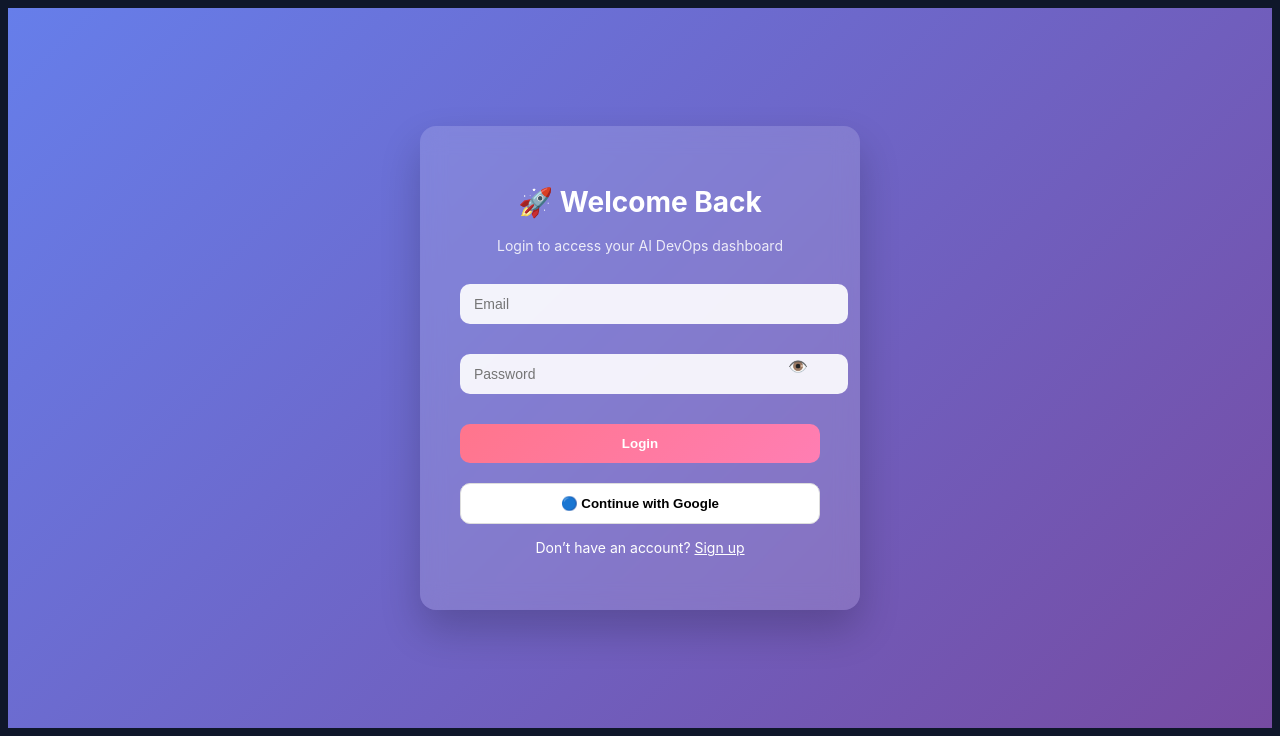
Repository: kundanchouhan12/DevX-Ai-Powered-Devops-Assistant-GenAi-LLM
Page: / (app in frontend/)
The author's editor kept a copy of each file at every save. The page is drawn from the files as they stood at one save, then again after the next save.
The browser window is 1280 px wide. The pictures show the whole page.
The page's requests for data from a server got no answer. The project was rebuilt for these pictures with package versions that can differ from the ones it lists, and the page was loaded fresh each time. No one was signed in, and anything a server would have sent is missing. Also part of the build but not shown: frontend/vite.config.js, frontend/src/pages/Home.jsx, frontend/src/pages/Dashboard.jsx, frontend/src/pages/Signup.jsx.

Above is the page before, as saved 2026-01-31 14:28:55.

### frontend/index.html
<!doctype html>
<html lang="en">
  <head>
    <meta charset="UTF-8" />
    <link rel="icon" type="image/svg+xml" href="/vite.svg" />
    <meta name="viewport" content="width=device-width, initial-scale=1.0" />
    <title>frontend-ai-devops-assistan</title>
  </head>
  <body>
    <div id="root"></div>
    <script type="module" src="/src/main.jsx"></script>
  </body>
</html>

### frontend/src/main.jsx
import { StrictMode } from "react";
import { createRoot } from "react-dom/client";
import { GoogleOAuthProvider } from "@react-oauth/google";
import "./index.css";
import App from "./App.jsx";

createRoot(document.getElementById("root")).render(
  <StrictMode>
    <GoogleOAuthProvider clientId="200054185384-tsv4osviaarpphfimoht1bc92qsh9ki8.apps.googleusercontent.com">
      <App />
    </GoogleOAuthProvider>
  </StrictMode>,
);

### frontend/src/index.css
body {
  font-family: system-ui, sans-serif;
  background: #0f172a;
  color: white;
}

.container {
  max-width: 900px;
  margin: auto;
  padding: 40px;
}

.card {
  background: #020617;
  padding: 20px;
  border-radius: 12px;
  margin-top: 20px;
}

input {
  width: 100%;
  padding: 12px;
  margin-top: 10px;
  border-radius: 8px;
  border: none;
}

button {
  margin-top: 10px;
  padding: 12px 20px;
  border-radius: 8px;
  border: none;
  background: #4f46e5;
  color: white;
  cursor: pointer;
}

.status {
  margin-top: 15px;
  font-size: 18px;
}

### frontend/src/App.jsx
import { BrowserRouter, Routes, Route } from "react-router-dom";
import Home from "./pages/Home";
import Dashboard from "./pages/Dashboard";
import Login from "./pages/Login";
import Signup from "./pages/Signup";
import PrivateRoute from "./components/PrivateRoute";

export default function App() {
  return (
    <BrowserRouter>
      <Routes>
        {/* Public routes */}
        <Route path="/login" element={<Login />} />
        <Route path="/signup" element={<Signup />} />

        {/* Protected routes */}
        <Route
          path="/"
          element={
            <PrivateRoute>
              <Home />
            </PrivateRoute>
          }
        />

        <Route
          path="/dashboard"
          element={
            <PrivateRoute>
              <Dashboard />
            </PrivateRoute>
          }
        />
        <Route
          path="/dashboard/:jobId"
          element={
            <PrivateRoute>
              <Dashboard />
            </PrivateRoute>
          }
        />
      </Routes>
    </BrowserRouter>
  );
}

### frontend/src/pages/Login.jsx
import { useState } from "react";
import { useNavigate } from "react-router-dom";
import { login, googleLogin } from "../services/api";
import { GoogleLogin } from "@react-oauth/google";


export default function Login() {
  const [email, setEmail] = useState("");
  const [password, setPassword] = useState("");
  const [showPassword, setShowPassword] = useState(false);
  const [error, setError] = useState("");
  const navigate = useNavigate();

  const handleLogin = async () => {
    setError("");

    if (!email) return setError("Email is required");
    if (!/\S+@\S+\.\S+/.test(email)) return setError("Invalid email");
    if (!password) return setError("Password is required");

    try {
      const res = await login(email, password);
      localStorage.setItem("token", res.data.token);
      navigate("/");
    } catch (err) {
      setError(err.response?.data?.error || "Login failed");
    }
  };

  return (
    <div style={pageStyle}>
      <div style={cardStyle}>
        <h1 style={titleStyle}>🚀 Welcome Back</h1>
        <p style={subtitleStyle}>Login to access your AI DevOps dashboard</p>

        {error && <p style={errorStyle}>{error}</p>}

        <input
          type="email"
          placeholder="Email"
          value={email}
          onChange={(e) => setEmail(e.target.value)}
          style={inputStyle}
        />

        <div style={passwordWrapper}>
          <input
            type={showPassword ? "text" : "password"}
            placeholder="Password"
            value={password}
            onChange={(e) => setPassword(e.target.value)}
            style={{ ...inputStyle, marginBottom: 0 }}
          />
          <span
            style={eyeStyle}
            onClick={() => setShowPassword(!showPassword)}
          >
            {showPassword ? "🙈" : "👁️"}
          </span>
        </div>

        <button style={buttonStyle} onClick={handleLogin}>
          Login
        </button>

        <button style={googleButton}>
          🔵 Continue with Google
        </button>

        <p style={footerText}>
          Don’t have an account?{" "}
          <span style={linkStyle} onClick={() => navigate("/signup")}>
            Sign up
          </span>
        </p>
      </div>
    </div>
  );
}
const pageStyle = {
  height: "100vh",
  display: "flex",
  justifyContent: "center",
  alignItems: "center",
  background: "linear-gradient(135deg, #667eea, #764ba2)",
  fontFamily: "Inter, sans-serif",
};

const cardStyle = {
  background: "rgba(255,255,255,0.15)",
  backdropFilter: "blur(12px)",
  padding: "40px",
  borderRadius: "16px",
  width: "360px",
  boxShadow: "0 20px 40px rgba(0,0,0,0.2)",
  textAlign: "center",
  color: "#fff",
};

const titleStyle = { fontSize: 28, fontWeight: 700 };
const subtitleStyle = { fontSize: 14, opacity: 0.85, marginBottom: 20 };

const inputStyle = {
  width: "100%",
  padding: "12px 14px",
  borderRadius: "10px",
  border: "none",
  outline: "none",
  fontSize: "14px",
  marginBottom: "20px",
  backgroundColor: "rgba(255,255,255,0.9)",
  color: "#000",
};

const passwordWrapper = {
  position: "relative",
  marginBottom: "20px",
};

const eyeStyle = {
  position: "absolute",
  right: 12,
  top: 12,
  cursor: "pointer",
};

const buttonStyle = {
  width: "100%",
  padding: "12px",
  borderRadius: "10px",
  border: "none",
  fontWeight: 600,
  cursor: "pointer",
  color: "#fff",
  background: "linear-gradient(135deg,#ff758c,#ff7eb3)",
  marginBottom: "10px",
};

const googleButton = {
  width: "100%",
  padding: "12px",
  borderRadius: "10px",
  border: "1px solid #ddd",
  background: "#fff",
  color: "#000",
  fontWeight: 600,
  cursor: "pointer",
};

const errorStyle = {
  color: "#ffb4b4",
  fontSize: 13,
  marginBottom: 10,
};

const footerText = { marginTop: 15, fontSize: 14 };
const linkStyle = { textDecoration: "underline", cursor: "pointer" };

### frontend/src/components/PrivateRoute.jsx
// frontend/src/components/PrivateRoute.jsx
import React from "react";
import { Navigate } from "react-router-dom";

const PrivateRoute = ({ children }) => {
  const token = localStorage.getItem("token");
  return token ? children : <Navigate to="/login" />;
};

export default PrivateRoute;

### frontend/src/services/api.js
import axios from "axios";

/**
 * Smart baseURL selection:
 * - ENV set → use it
 * - localhost → 127.0.0.1
 * - production → relative /api
 */
const getBaseURL = () => {
  if (import.meta.env.VITE_API_BASE_URL) {
    return import.meta.env.VITE_API_BASE_URL;
  } else if (window.location.hostname === "localhost") {
    return "http://127.0.0.1:5000/api";
  } else {
    return "/api";
  }
};

const api = axios.create({
  baseURL: getBaseURL(),
});

/* ======================
   JWT Interceptor
====================== */
api.interceptors.request.use(
  (config) => {
    const token = localStorage.getItem("token");
    if (token) {
      config.headers.Authorization = `Bearer ${token}`;
    }
    return config;
  },
  (error) => Promise.reject(error)
);

/* ======================
   Auth APIs
====================== */
export const signup = (email, password) =>
  api.post("/auth/signup", { email, password });

export const login = (email, password) =>
  api.post("/auth/login", { email, password });

export const googleLogin = (token) =>
  api.post("/auth/google", { token });

/* ======================
   Default export
====================== */
export default api;

After the next save:
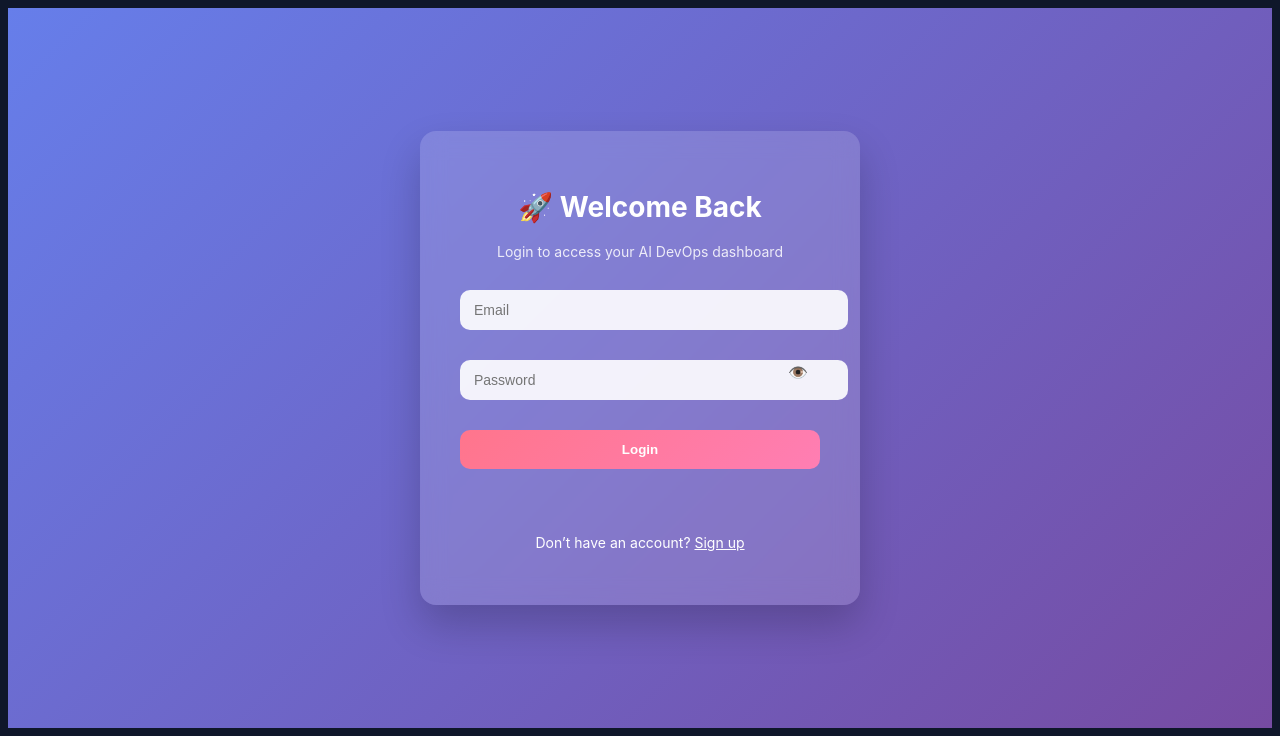
Saved 24 s later.
--- a/frontend/src/pages/Login.jsx
+++ b/frontend/src/pages/Login.jsx
@@ -2,7 +2,6 @@ import { useState } from "react";
 import { useNavigate } from "react-router-dom";
 import { login, googleLogin } from "../services/api";
 import { GoogleLogin } from "@react-oauth/google";
-
 
 export default function Login() {
   const [email, setEmail] = useState("");
@@ -51,10 +50,7 @@ export default function Login() {
             onChange={(e) => setPassword(e.target.value)}
             style={{ ...inputStyle, marginBottom: 0 }}
           />
-          <span
-            style={eyeStyle}
-            onClick={() => setShowPassword(!showPassword)}
-          >
+          <span style={eyeStyle} onClick={() => setShowPassword(!showPassword)}>
             {showPassword ? "🙈" : "👁️"}
           </span>
         </div>
@@ -62,10 +58,21 @@ export default function Login() {
         <button style={buttonStyle} onClick={handleLogin}>
           Login
         </button>
-
-        <button style={googleButton}>
-          🔵 Continue with Google
-        </button>
+        <GoogleLogin
+          onSuccess={async (cred) => {
+            try {
+              const res = await googleLogin(cred.credential);
+              localStorage.setItem("token", res.data.token);
+              navigate("/");
+            } catch (err) {
+              setError("Google login failed");
+            }
+          }}
+          onError={() => setError("Google login failed")}
+          theme="outline"
+          size="large"
+          width="300"
+        />
 
         <p style={footerText}>
           Don’t have an account?{" "}
